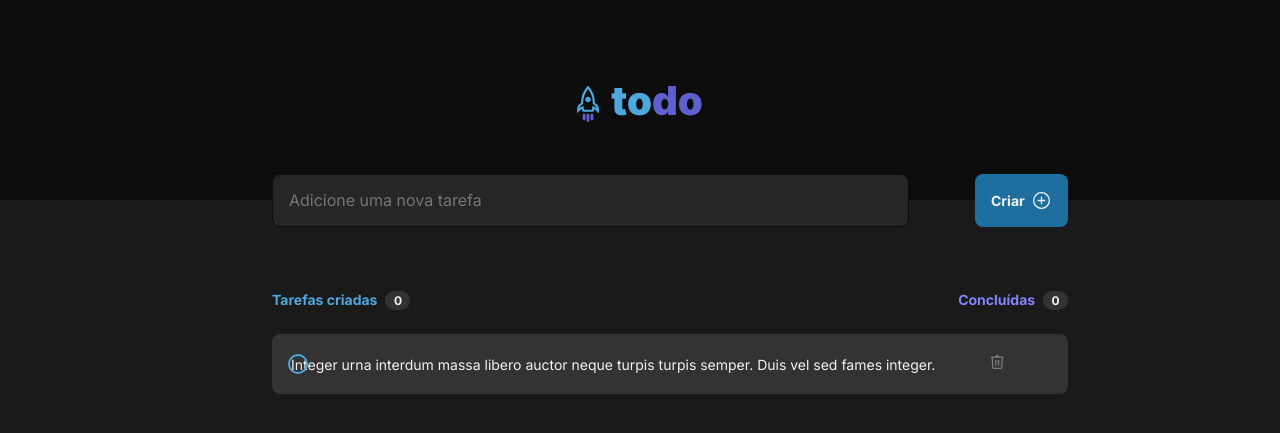
Repository: viniimartins/ToDoListROCKETSEAT
Page: /
These files come from the project's save history. The page is drawn as it stood at one moment and after the next save; the edit follows.
The browser window is 1280 px wide. The pictures show the whole page.
The project was rebuilt for these pictures with package versions that can differ from the ones it lists, and the page was loaded fresh each time. Also part of the build but not shown: vite.config.ts.

Above is the page before, as saved 2023-05-08 14:22:09.

After the next save:
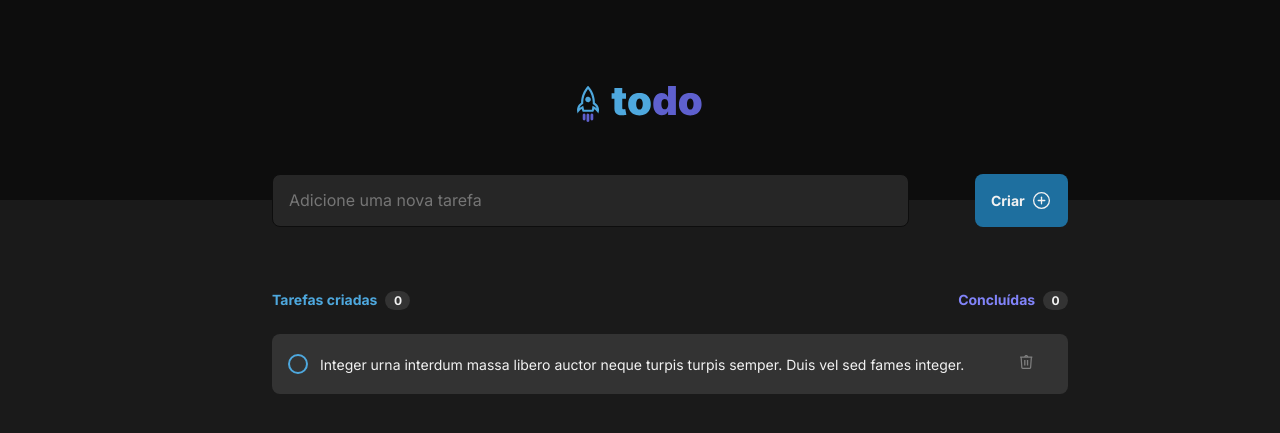
Saved 6 s later.
--- a/src/Components/TaskCreated.module.css
+++ b/src/Components/TaskCreated.module.css
@@ -66,7 +66,7 @@
 }
 
 .label {
-  margin-left: 3px;
+  margin-left: 2rem;
   font-size: 0.875rem;
 }
 
